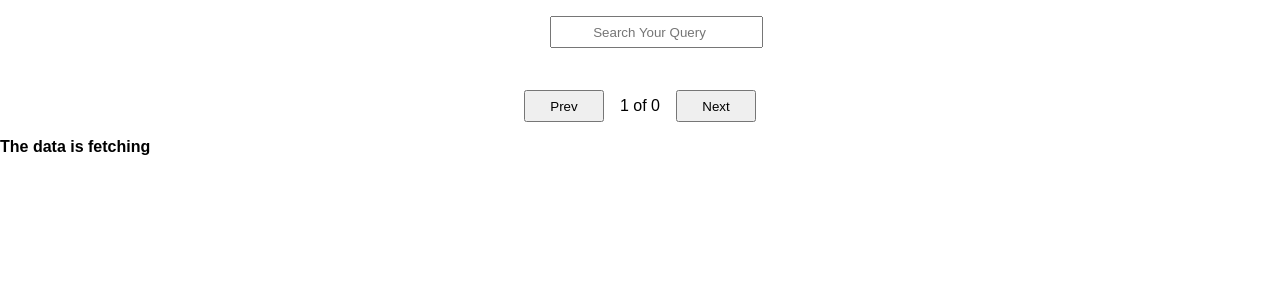
Repository: suraj-yadav7/TechNews
Page: /
An editor plug-in stored every save of this project. The page is shown before and after the next save, followed by the edit.
The browser window is 1280 px wide. The pictures show the whole page.
The page's requests for data from a server got no answer. The project was rebuilt for these pictures with package versions that can differ from the ones it lists, and the page was loaded fresh each time. No one was signed in, and anything a server would have sent is missing.

Above is the page before, as saved 2023-04-28 10:06:22.

### src/index.js
import React from 'react';
import ReactDOM from 'react-dom/client';
import App from './App';
import { AppProvider } from './context';

const root = ReactDOM.createRoot(document.getElementById('root'));
root.render(
  <React.StrictMode>
    <AppProvider>
    <App />
    </AppProvider>
  </React.StrictMode>
);

### src/App.js
import './App.css';
import Search from './components/Search';
import Stories from './components/Stories';

function App() {
  return (
      <>
      <Search/>
      <Stories />
      </>
  );
}

export default App;

### src/context.jsx
import {useContext, createContext, useEffect, useReducer} from "react"
import {reducer} from './reducer'

const AppContext = createContext();
let api = "https://hn.algolia.com/api/v1/search?";
const initial = {
    hits:[],
    page:0,
    nbPages:0,
    query:"",
    isLoading:true
}

const AppProvider = ({children})=>{

    const [state, dispatch] = useReducer(reducer, initial)

    const fetchApiData = async(url)=>{
        dispatch({
            type:"loadingData",
        })
        try{
            let fetchApi = await fetch(url)
            let data = await fetchApi.json()
            console.log(data)
            dispatch({
                type:"Get_Update",
                payload:{
                    hitNews:data.hits,
                    pg:data.page,
                    nbPg: data.nbPages
                }
            })
        }
        catch(error){
            console.log(error)
        }
        }

        //removing post
        const removePost = (objectID) =>{
                    dispatch({
                        type:"remove_post",
                        payload: objectID
                    })
        }

    //Search Post
    const searchPost = ((searchVal)=>{
        // searchVal.preventDefault()
        dispatch({
        type:"SEARCH_POST",
        payload: searchVal
        })
    })

    //Previous Page
    const prevPage=()=>{
        dispatch({
            type:"PREV_PAGE"
        })
    }
    const nextPage=()=>{
        dispatch({
            type:"NEXT_PAGE"
        })
    }
    useEffect(()=>{
         fetchApiData(`${api}query=${state.query}&&page=${state.page}`)

    },[state.query, state.page])


    return(
        <AppContext.Provider value= {{...state, removePost, searchPost,prevPage,nextPage}} >{children}</AppContext.Provider>
    )
};

//Custom hook to provide appContext and useContext

const useGlobalContext = ()=>{
    return useContext(AppContext)
}
export {AppContext,AppProvider, useGlobalContext}

### src/App.css
*{
  margin: 0;
  padding: 0;
  box-sizing: border-box;
  font-family:  sans-serif;
}

.App {
  text-align: center;
}

.App-header {
  background-color: #282c34;
  min-height: 100vh;
  display: flex;
  flex-direction: column;
  align-items: center;
  justify-content: center;
  font-size: calc(10px + 2vmin);
  color: white;
}

.App-link {
  color: #61dafb;
}

@keyframes App-logo-spin {
  from {
    transform: rotate(0deg);
  }
  to {
    transform: rotate(360deg);
  }
}


/* Search Div*/
.searchMain{
  display: flex;
  flex-direction: column;
  align-items: center;
  justify-content: center;
  gap:10px
}
.searchInput{
  margin: 1rem;
  width: 100%;
  height: 2rem;
  text-align: center;
}
.pagination{
  margin: 1rem 0;
}
.pagination> button{
  width: 5rem;
  height: 2rem;
  margin: 0 1rem;
}
/* Stories */
.parentStory{
  display: flex;
  align-items: center;
  justify-content: center;
  flex-direction: column;
  gap: 1rem

}

.stories{
  width: 50%;
  height: 12rem;
  display: flex;
  background-color: #61dafb;
  align-items: center;
  justify-content: center;
  flex-direction: column;
}
.storiesButton{
  height: 2rem;
  display: flex;
  align-items: center;
}
.storiesButton >button, a>button{
  margin:0 5rem;
  border: 1px solid blue;
  background-color: aliceblue;
  color: black;
  border-radius: 10px;
  height: 2rem;
  width: 6rem;
  text-align:center;
  font-size: medium;
  cursor: pointer;
}

### src/components/Search.jsx
import React from 'react'
import { useGlobalContext } from '../context'

const Search = () => {
  const { query, searchPost, prevPage, nextPage, nbPages, page } = useGlobalContext()
  return (
    <>
      <div className='searchMain'>
        <div className='formContainer'>
          <form onSubmit={(e) => e.preventDefault()}>
            <input className='searchInput' type="search" placeholder='Search Your Query' value={query} onChange={(e) => searchPost(e.target.value)}></input>
          </form>
        </div>
        <div className='pagination'>
          <button onClick={prevPage} >Prev</button>
          <span>{page + 1} of {nbPages}</span>
          <button onClick={nextPage} >Next</button>
        </div>
      </div>
    </>
  )
}

export default Search

### src/components/Stories.jsx
import React from 'react'
import { useGlobalContext } from '../context'

const Stories = () => {
    const {hits, isLoading,removePost}= useGlobalContext()



    if(isLoading){
    return(
        <div className="Loading">
        <h4>The data is fetching</h4>
        </div>
    )
    }
  return (
    <>
      <div className='parentStory'>
        <h2>Latest Tech News</h2>
        {hits?.map((story)=>{
          const {objectID} = story
          return (
          <>
          <div className='stories' key={objectID}>
          <h3>{story.title}</h3>
          <p>by <span>{story.author}</span>  | <span>comment: {story.num_comments} </span></p>
          <div className="storiesButton">
          <a  href={story.url} target='_blank' rel="noreferrer"><button >Read More</button></a>
          <button  onClick={()=>removePost(objectID)} >Remove</button>
            </div>
          </div>
          </>)
          })}
      </div>
    </>
  )
}

export default Stories

### src/reducer.jsx

const reducer = (state,action) =>{
    switch(action.type){
        case"loadingData" : return{
            ...state,
            isLoading: true

        } ;
        case "Get_Update":
            return{
                ...state,
                isLoading:false,
                hits:action.payload.hitNews,
                nbPages:action.payload.nbPg
            }

        case "remove_post":
            return{
                ...state, hits: state.hits.filter((post)=> post.objectID !== action.payload)
            }

        case "SEARCH_POST":
            return{
                    ...state, query: action.payload
            }

        case "PREV_PAGE":
            let pageNum=state.page-1
            if(pageNum<=0){
                pageNum=0
            }
            return{
                 ...state,
                    page:pageNum
                }


        case "NEXT_PAGE":
            let pageNum2= state.page+1
            if(pageNum2>=50){
                pageNum2=0
            }

            return{
                ...state,
                page:pageNum2
            }

    }
    return state
}
export {reducer};

Loaded but not shown: public/index.html (common file)

After the next save:
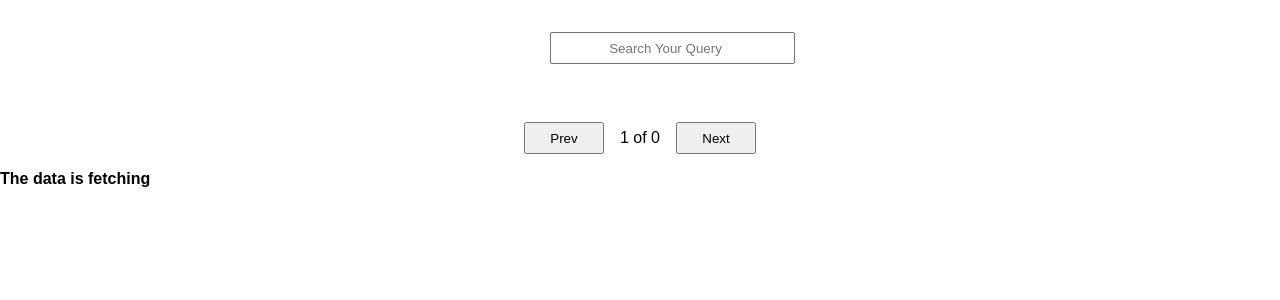
Saved 33 s later.
--- a/src/App.css
+++ b/src/App.css
@@ -43,7 +43,7 @@
   gap:10px
 }
 .searchInput{
-  margin: 1rem;
+  margin: 2rem;
   width: 100%;
   height: 2rem;
   text-align: center;
